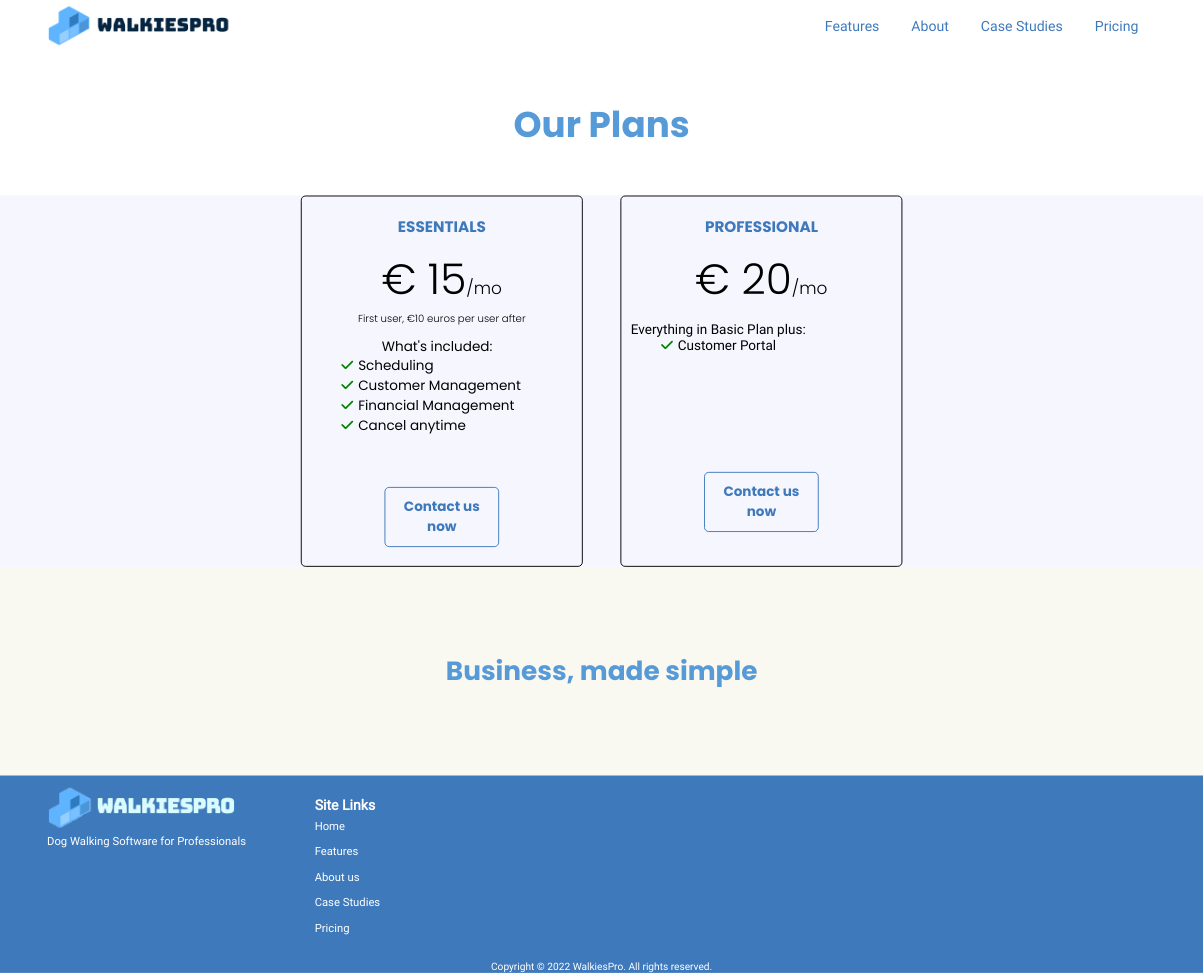
Repository: StevieC87/LAYOUT4
Page: pricing.html
These files come from the project's save history. The page is drawn as it stood at one moment and after the next save; the edit follows.
The browser window is 1280 px wide. The pictures show the whole page, at 94% of full size.

Above is the page before, as saved 2022-01-04 00:15:41.

### pricing.html
<!DOCTYPE html>
<html lang="en">
  <head>
    <meta charset="UTF-8" />
    <meta http-equiv="X-UA-Compatible" content="IE=edge" />
    <meta name="viewport" content="width=device-width, initial-scale=1.0" />
    <title>WalkiesPro Dog Walking Software</title>
    <link rel="stylesheet" href="css/styles.css" />
    <link rel="stylesheet" href="css/aboutus.css" />
    <link rel="stylesheet" href="css/footer.css" />
    <link rel="stylesheet" href="css/navbar.css" />
    <link rel="stylesheet" href="css/fonts.css" />
    <link rel="stylesheet" href="css/utilities.css" />
    <link rel="stylesheet" href="css/mediaqueries.css" />
    <link rel="stylesheet" href="css/pricing.css" />
    <!-- THIS js file - deferred so loads at the end -->
    <script type="text/javascript" src="js/scripts.js" defer></script>
    <link rel="stylesheet" href="https://use.fontawesome.com/releases/v5.15.4/css/all.css" integrity="sha384-DyZ88mC6Up2uqS4h/KRgHuoeGwBcD4Ng9SiP4dIRy0EXTlnuz47vAwmeGwVChigm" crossorigin="anonymous">


    <style></style>
  </head>
  <body>


    <div class="containernew">
      <div class="navwrapper">
        <!------------------ NAVBAR --------------------->
        <nav id="navbar" class="paddingspecial">
          <!--  <div class="paddingspecial"> -->
          <div id="logo" class="logodiv">
            <a href="index.html"><img src="images/logo.png" alt="logo" /></a>
          </div>
          <div id="hamburger-menu" class="hamburger-menu">
            <div class="line line-1"></div>
            <div class="line line-2"></div>
            <div class="line line-3"></div>
          </div>
          <div class="navlist">
            <ul tabindex="-1">
              <li><a class="current" href="features.html">Features</a></li>
              <li><a href="about-us.html">About</a></li>
              <li><a href="case-studies.html">Case Studies</a></li>
              <li><a href="pricing.html">Pricing</a></li>
            </ul>
          </div>
          <!-- </div> -->
        </nav>
      </div>
      <!-----------------HEADER--------------------->
      <section class="headerwrapper">
          <div class="headertitle">
            <h1>Our Plans</h1>
          </div>
      </section>
      <!------------------ PRICING TABLE --------------------->
      <section class="pricingouterwrapper">
          <div class="pricinginnerwrapper">
            <div class="pricingcard">
              <div class="cardtitle">ESSENTIALS</div>
              <div class="price">&#8364; 15<span class="miniprice">/mo</span></div>
              <div class=" centertext poppinslight smallfont ">First user, &#8364;10 euros per user after</div>
              <div class="pricelistdiv poppins">
                <div class="centertext" >What's included:</div>
              <!--   style="display: block" -->
                <ul class="pricelist poppins">
                      <li class="elementY">Scheduling</li>
                      <li class="elementY">Customer Management</li>
                      <li class="elementY">Financial Management</li>
                     <!--  <li class="elementx">Customer Portal</li> -->
                      <li class="elementY">Cancel anytime</li>
                    </ul>

              </div>
              <div class="btnprice">
                <button class="btn btnoutline">Contact us now</button>
              </div>
            </div>

            <!-- SECOND CARD PRO PLAN -->
            <div class="pricingcard" style="border: 1px solid black;">
             <div class="cardtitle">PROFESSIONAL</div>
             <div class="price">&#8364; 20<span class="miniprice">/mo </span>
             </div>
             <div class="pricelistdiv">Everything in Basic Plan plus:
                <ul class="pricelist  ">
                    <li class="elementY">Customer Portal</li>
                </ul>
             </div>
             <div class="btnprice">
              <button class="btn btnoutline ">Contact us now</button>
            </div>
        </div>

      </section>
      <!------------------ CONTACT US SECTION --------------------->
     <section class="contactuswrapper">
       <div class="contactusinnerwrapper">
        <h3 class="centertext">Business, made simple</h3>

       </div>
     </section>
      <!------------------ FOOTER --------------------->
      <footer id="footer">
        <div class="footerwrapper">
          <div class="footergriditem1">
            <img class="bottomlogo" src="images/logoblue.png" alt="logo" />
            <span class="whitetext bottomphrase"
              >Dog Walking Software for Professionals</span
            >
          </div>

          <div class="footergriditem2">
            <div><b class="whitetext footerlinkstitle">Site Links</b></div>
            <ul class="whitetext ulnostyle anostyle" style="font-size: 12px">
              <li><a href="../layout/index.html">Home</a> </li>
              <li><a href="features.html">Features</a> </li>
              <li><a href="about-us.html">About us</a> </li>
              <li><a href="case-studies.html">Case Studies</a></li>
              <li><a href="pricing.html">Pricing</a></li>
            </ul>
          </div>
          <div class="footergriditem3 whitetext smallfont">Copyright © 2022 WalkiesPro. All rights reserved.</div>
        </div>

      </footer>
    </div>
    <!-- end container -->

    <!------------------ SIDE MENU --------------------->
    <div id="menuhidden" class="menuhidden hiddenright">
      <div class="slidemenu">
        <ul tabindex="-1" aria-hidden="true">
          <li><a class="activeSidebarLi" href="index.html">Home</a></li>
          <li><a class="current" href="features.html">Features</a></li>
          <li><a href="about-us.html">About</a></li>
          <li><a href="case-studies.html">Case Studies</a></li>
          <li><a href="pricing.html">Pricing</a></li>
          <!--    <hr /> -->
        </ul>
      </div>
    </div>
  </body>
</html>

### css/styles.css
:root {
  /*  --myblue: #5da3df; */
  --myblue: #3e79bc;
  --myblueh1: #569ad7;
}

html,
body {
  box-sizing: border-box;
  font-size: 18px;
  font-family: Roboto;
  /*  line-height: 1rem; */
  margin: auto;
}
*,
*:before,
*:after {
  box-sizing: inherit;
}

h1,
h2,
h3,
h4,
h5,
h6 {
  font-family: PoppinsBold;
  color: var(--myblueh1);
  /* #5da3df */
  padding: 10px 0 10px 0;
  margin: 0px;
}
h1 {
  font-size: 38px;
  line-height: 2.8rem;
}
h2 {
  font-size: 38px;
}
h3 {
  font-size: 28px;
}
h4 {
  font-size: 26px;
}
h5 {
  font-size: 20px;
}
h6 {
  font-size: 18px;
}

.containernew {
  width: 100%;
}

### css/aboutus.css
/* * * * * * * * * * * * * * * * * * * * * * * * * * * * * * * * * * * * * * * *
ABOUT US
* * * * * * * * * * * * * * * * * * * * * * * * * * * * * * * * * * * * * * * */
.headerwrapper {
  width: 100%;
  display: grid;
  padding: 40px 0 40px 0;
}
.headertitle {
  grid-template-columns: 1fr;
  align-self: center;
  justify-self: center;
}

.headertextunder {
  /* max-width: 80%;  */
  max-width: 800px;
  grid-template-columns: 1fr;
  align-self: center;
  justify-self: center;
  font-size: 1rem;
  padding-top: 30px;
}
.meettheteamwrapper {
  width: 100%;
  display: grid;
  justify-content: center;
  background-color: #f6f7fe;
}
.meettheteamh2 {
  padding-top: 40px;
  text-align: center;
  /*  color: purple; */
  color: var(--myblueh1);
  /* color: #7f55ff; */
  width: 100%;
}
.meettheteamh2 > h2 {
  color: inherit;
}
.meetteamprofiles {
  max-width: 1000px;
  justify-content: center;
  display: grid;
  grid-template-columns: 1fr;
  grid-gap: 40px;
}
.contactuswrapper {
  padding: 80px 0 80px 0;
  background-color: #f9f9f2;
}
.contactusinnerwrapper {
}

.aboutusformgrid {
  max-width: 300px;
  margin: 0 auto;
  padding: 0 20px 0px 20px;
}
.textareadiv {
}
textarea {
  width: 100%;
  max-width: 300px;
  border-radius: 5px;
  border: 1px solid var(--myblue);
}
input,
label {
  display: block;
  width: 100%;
  max-width: 300px;
}
input {
  border-radius: 5px;
  border: 1px solid var(--myblue);
  padding: 10px;
}
label {
  padding-bottom: 5px;
  padding-top: 20px;
  color: var(--myblue);
}
@media (min-width: 336px) {
  .meetteamprofiles {
    grid-template-columns: 1fr 1fr;
  }
  .meettheteamprofile1 {
    justify-self: center;
    align-self: center;
  }
  .meettheteamprofile2 {
  }
}

### css/footer.css
/* * * * * * * * * * * * * * * * * * * * * * * * * * * * * * * * * * * * * * * *
                    FOOTER
* * * * * * * * * * * * * * * * * * * * * * * * * * * * * * * * * * * * * * * */

footer {
  background-color: var(--myblue);
  width: 100%;
  display: flex;
  justify-content: center;
  padding-top: 10px;
}
/* DEFAULT FOR SMALL SCREEN - MOBILE FIRST */
.footerwrapper {
  /* this is the inner div that serves as a grid with equal columns as container */
  width: 1200px;
  display: grid;
  grid-template-columns: 1fr;
  grid-gap: 0.2rem;
}
/* DEFAULT FOR SMALL SCREEN - MOBILE FIRST */
.footergriditem1 {
  grid-row: 1 / 2;
  /* grid-column: 1 / 2; */
  grid-column: 1 / -1;
}
/* DEFAULT FOR SMALL SCREEN - MOBILE FIRST */
.footergriditem2 {
  /* grid-column: 2 / 3; */
  grid-column: 1 / -1;
  grid-row: 3 / 4;
  padding-left: 10px;
  justify-self: start;
  padding-top: 10px;
  padding-bottom: 10px;

  /*  justify-self: self-end; */
  /* padding: 20px 0 0 40px; */
}
.footergriditem2:first-child {
  margin: 10px 0 10px 0;
}
.footergriditem3 {
  grid-row: 4 / 5;
  grid-column: 1 / -1;
  justify-self: center;
  align-self: center;
}
.bottomlogo {
  padding: 0px 0 0px 10px;
}
.bottomphrase {
  padding-left: 10px;
  display: block;
  text-align: left;
  font-size: 12px;
}
.footerlinkstitle {
  font-size: 15px;
}

@media (min-width: 336px) {
}
@media (min-width: 450px) {
  .footerwrapper {
    grid-template-columns: 226px 200px 1fr 0.2fr 0.2fr 0.2fr;
  }
  .footergriditem1 {
    grid-row: 1 / 2;
    grid-column: 1 / 2;
  }
  .footergriditem2 {
    grid-row: 1 / 2;
    grid-column: 2 / 3;
    padding-left: 0px;
    justify-self: center;
    padding-top: 10px;
    padding-bottom: 10px;
  }
}

### css/navbar.css
/* * * * * * * * * * * * * * * * * * * * * * * * * * * * * * * * * * * * * * * *
                          NAVBAR
* * * * * * * * * * * * * * * * * * * * * * * * * * * * * * * * * * * * * * * */
.navwrapper {
  display: flex;
  justify-content: center;
}
nav {
  background-color: white;
  width: 1200px;
  display: flex;
  justify-content: space-between;
}

.logodiv {
  padding-top: 5px;
  padding-left: 10px;
}
#navbar ul {
  list-style: none;
  margin-right: 15px;
  /*   float: right; */
}

#navbar ul li {
  float: left;
}

#navbar ul li a {
  display: block;
  margin: 0 14px 0 20px;
  /* padding: 0 20px 0 10px; */
  text-align: center;
  text-decoration: none;
  color: var(--myblue);
  /*  color: black; */

  font-size: 15px;
  /*  border-bottom: 1px solid transparent; */

  line-height: 21px;
}
#navbar ul li a:hover {
  /*  text-decoration: underline; */
  /*  border-bottom: 1px solid var(--myblue); */
  color: #9370db;
}

/* * * * * * * * * * * * * * * * * * * * * * * * * * * * * * * * * * * * * * * *
HAMBURGER MENU
* * * * * * * * * * * * * * * * * * * * * * * * * * * * * * * * * * * * * * * */

.hamburger-menu {
  width: 30px;
  height: 30px;
  padding-top: 7px;
  position: absolute;
  top: 7px;
  right: 10px;
  display: flex;
  flex-direction: column;
  justify-content: space-between;
  cursor: pointer;
  z-index: 100;
}

.line {
  width: inherit;
  height: 3px;
  background-color: var(--myblue);
  border-radius: 2px;
  transition-property: transform;
  transition-duration: 500ms;

  /*   transform-origin: right;
  transition: transform 0.5s; */
}

.line.openline:nth-child(1) {
  transform: translate(0px, 10px) rotate(45deg);
  /*  transform-origin: top; */
}
.line.openline:nth-child(2) {
  opacity: 0;
}
.line.openline:nth-child(3) {
  transform: translate(0px, -10px) rotate(-45deg);

  /*   transform-origin: top; */
}

.menuhidden {
  height: 100vh;
  width: 200px;
  background-color: white;
  position: fixed;
  top: 0;
  right: -200px;
  transition: ease 0.2s;
}

.visibleright {
  right: 0px;
  /*   transition: ease 4s; */
}
/* --------- SLIDEMENU ---------- */
.slidemenu ul {
  list-style: none;
  padding-top: 45px;
  padding-left: 0px;
  width: 100%;
  /*   float: right; */
}
.slidemenu ul li {
}
.slidemenu ul li a {
  display: block;
  padding: 10px 5px 10px 5px;
  margin: 0px 5px 0px 5px;
  text-align: center;
  text-decoration: none;
  line-height: 1.5rem;
  color: var(--myblue);
}
.slidemenu ul li a:hover {
  background-color: #fbfbfa;
  border-radius: 15px;
  /* opacity: 0.5; */
}
.activeSidebarLi {
  background-color: #fbfbfa;
  border-radius: 15px;
}
/* END SLIDEMENU */

### css/fonts.css
/* * * * * * * * * * * * * * * * * * * * * * * * * * * * * * * * * * * * * * * *
        FONT FAMILIESS
* * * * * * * * * * * * * * * * * * * * * * * * * * * * * * * * * * * * * * * */
@font-face {
  font-family: 'Bungee';
  src: url('../fonts/Bungee-Regular.ttf');
  src: local('☺'), url('../fonts/Bungee-Regular.ttf') format('truetype');
  font-display: block;
}
@font-face {
  font-family: 'Roboto';
  src: url('../fonts/Roboto-Regular.ttf');
  src: local('☺'), url('../fonts/Roboto-Regular.ttf') format('truetype');
  font-display: block;
}
@font-face {
  font-family: 'Roboto-Bold';
  src: url('../fonts/Roboto-Bold.ttf');
  src: local('☺'), url('../fonts/Roboto-Bold.ttf') format('truetype');
  font-display: block;
}
@font-face {
  font-family: 'Ubuntu';
  src: url('../fonts/Ubuntu-Regular.ttf');
  src: local('☺'), url('../fonts/Ubuntu-Regular.ttf') format('truetype');
  font-display: block;
}
@font-face {
  font-family: 'UbuntuBold';
  src: url('../fonts/Ubuntu-Bold.ttf');
  src: local('☺'), url('../fonts/Ubuntu-Bold.ttf') format('truetype');
  font-display: block;
}
@font-face {
  font-family: 'Poppins';
  src: url('../fonts/Poppins-Regular.ttf');
  src: local('☺'), url('../fonts/Poppins-Regular.ttf') format('truetype');
  font-display: block;
}
@font-face {
  font-family: 'PoppinsBold';
  src: url('../fonts/Poppins-Bold.ttf');
  src: local('☺'), url('../fonts/Poppins-Bold.ttf') format('truetype');
  font-display: block;
}
@font-face {
  font-family: 'PoppinsLight';
  src: url('../fonts/Poppins-Light.ttf');
  src: local('☺'), url('../fonts/Poppins-Light.ttf') format('truetype');
  font-display: block;
}
@font-face {
  font-family: 'FontAwesome';
  src: url('../fonts/fa-solid-900.ttf');
  src: local('☺'), url('../fonts/fa-solid-900.ttf') format('truetype');
  font-display: block;
}
.bungee {
  font-family: Bungee;
}
.ubuntu {
  font-family: Ubuntu;
}
.ubuntuBold {
  font-family: UbuntuBold;
}
.poppins {
  font-family: Poppins;
}
.poppinslight {
  font-family: PoppinsLight;
}
.poppinsbold {
  font-family: PoppinsBold;
}

### css/utilities.css
.btn {
  cursor: pointer;
  transition-property: background-color, color, border;
  transition-duration: 200ms;
  transition-timing-function: ease-in;
}

.btnoutline {
  background-color: transparent;
  border: 1px solid var(--myblue);
  border-radius: 5px;
  color: var(--myblue);
  padding: 10px;
  font-size: 0.8rem;
  /*  font-weight: bold */
  font-family: PoppinsBold;
}
.allfeaturesbtn {
  padding: 15px 20px 15px 20px;
  border-radius: 10px;
  border: 1px solid var(--myblue);
  /*   background-color: var(--myblue); */
  background-color: WHITE;
  /* color: white; */
  color: var(--myblue);
  font-weight: bold;
  font-size: 1.2rem;
}
.allfeaturesbtn:hover {
  background-color: var(--myblue);
  color: white;
}
.submit {
  margin-top: 20px;
  padding: 8px 6px 8px 6px;
  border-radius: 6px;
  width: 100px;
  background-color: var(--myblue);
  border: 1px solid var(--myblue);
  color: #f9f9f2;
  font-size: 1.2rem;
  /*  font-weight: bold; */
}

/* * * * * * * * * * * * * * * * * * * * * * * * * * * * * * * * * * * * * * * *
UTILITY CLASSES
* * * * * * * * * * * * * * * * * * * * * * * * * * * * * * * * * * * * * * * */

.centertext {
  text-align: center;
}
.centerimg {
  display: block;
  margin-left: auto;
  margin-right: auto;
  /*   width: 50%; */
}
.centerhorizvert {
  align-self: center;
  justify-self: center;
}
/* visible/invis from screen readers & visually */
.invisible {
  visibility: hidden;
}
.visible {
  visibility: visible;
}
.whitetext {
  color: white;
}
.smallfont {
  font-size: 0.6rem;
}
.mediumfont {
  font-size: 0.8rem;
}
.ulnostyle {
  list-style: none;
  line-height: 1.5rem;
  padding: 0;
  margin: 0;
}
.anostyle > li a {
  text-decoration: none;
  color: white;
}

### css/mediaqueries.css
/* to switch to hamburger menu */
@media (min-width: 677px) {
  .hamburger-menu {
    visibility: hidden;
  }
  .section2divrow {
    grid-template-columns: 1fr 1fr;
  }
  .section1innerwrapper {
    grid-template-columns: 2fr 1fr;
  }
}
@media (max-width: 676px) {
  /* HIDE NAV LI WHEN SMALL SCREEN */
  nav {
    width: 1200px;
  }

  .navlist {
    visibility: hidden;
    display: none;
  }
  .hamburger-menu {
    visibility: visible;
  }

  /* ADVANCED SCHEDULING DIV - flip order: image last */
  .section2imgleft1 {
    grid-row: 2;
  }
  .section2textright1 {
    grid-row: 1;
  }
  /* FINANCIAL MANAGEMENT DIV - flip order: image last */
  .section2imgleft3 {
    grid-row: 2;
  }
  .section2textleft3 {
    grid-row: 1;
  }
}

### css/pricing.css
.pricingcard {
  border: 1px solid black;
  border-radius: 5px;
  min-height: 300px;
  min-width: 300px;
  font-size: 0.8rem;
  /*  background-color: #fbfbfa; */
}
.cardtitle {
  text-align: center;
  color: var(--myblue);
  padding: 20px 0 10px 0;
  font-size: 0.9rem;
  font-family: PoppinsBold;
  font-weight: bold;
}

.price {
  text-align: center;
  font-size: 2.5rem;
  font-family: PoppinsLight;
}
.miniprice {
  font-size: 1rem;
}
.pricelistdiv {
  padding: 10px 20px 0px 10px;
  height: 170px;
}
.pricingcard1 {
}
.pricingcard2 {
}

.pricelist {
  list-style-type: none;
  padding-top: 0px;
  margin-block-start: 0em;
}
.pricelist li {
  padding-left: 10px;
}
li:before {
}

.elementx::before {
  color: orangered;
  content: '\f00d'; /* FontAwesome Unicode */
  font-family: FontAwesome;
  display: inline-block;
  margin-left: -1.3em; /* same as padding-left set on li */
  width: 1.3em; /* same as padding-left set on li */
}
.elementY::before {
  color: green;
  content: '\f00c'; /* FontAwesome Unicode */
  font-family: FontAwesome;
  display: inline-block;
  margin-left: -1.3em; /* same as padding-left set on li */
  width: 1.3em; /* same as padding-left set on li */
}
.btnprice {
  width: 122px;
  margin: 0 auto;
  padding-bottom: 20px;
}

.pricingouterwrapper {
  width: 100%;
  display: grid;
  justify-content: center;
  background-color: #f6f7fe;
}
.pricinginnerwrapper {
  max-width: 1000px;
  justify-content: center;
  display: grid;
  grid-template-columns: 1fr;
  grid-gap: 40px;
}
@media (min-width: 676px) {
  .pricinginnerwrapper {
    grid-template-columns: 1fr 1fr;
  }
}

### js/scripts.js
const hamburgerbutton = document.querySelector('#hamburger-menu');
hamburgerbutton.addEventListener('click', function () {
  //  vis();
  slide();
  transformlines();
});

function slide() {
  const slideme = document.querySelector('#menuhidden');
  const slidemeclasses = slideme.classList;
  //  slideme.classList.replace('hiddenright', 'visibleright');
  const slidemeclassestoggle = slidemeclasses.toggle('visibleright');
}

function transformlines() {
  //for each line add a class ideally
  document.querySelectorAll('.line').forEach((item) =>
    //item.style.backgroundColor = "pink"
    item.classList.toggle('openline')
  );
}

After the next save:
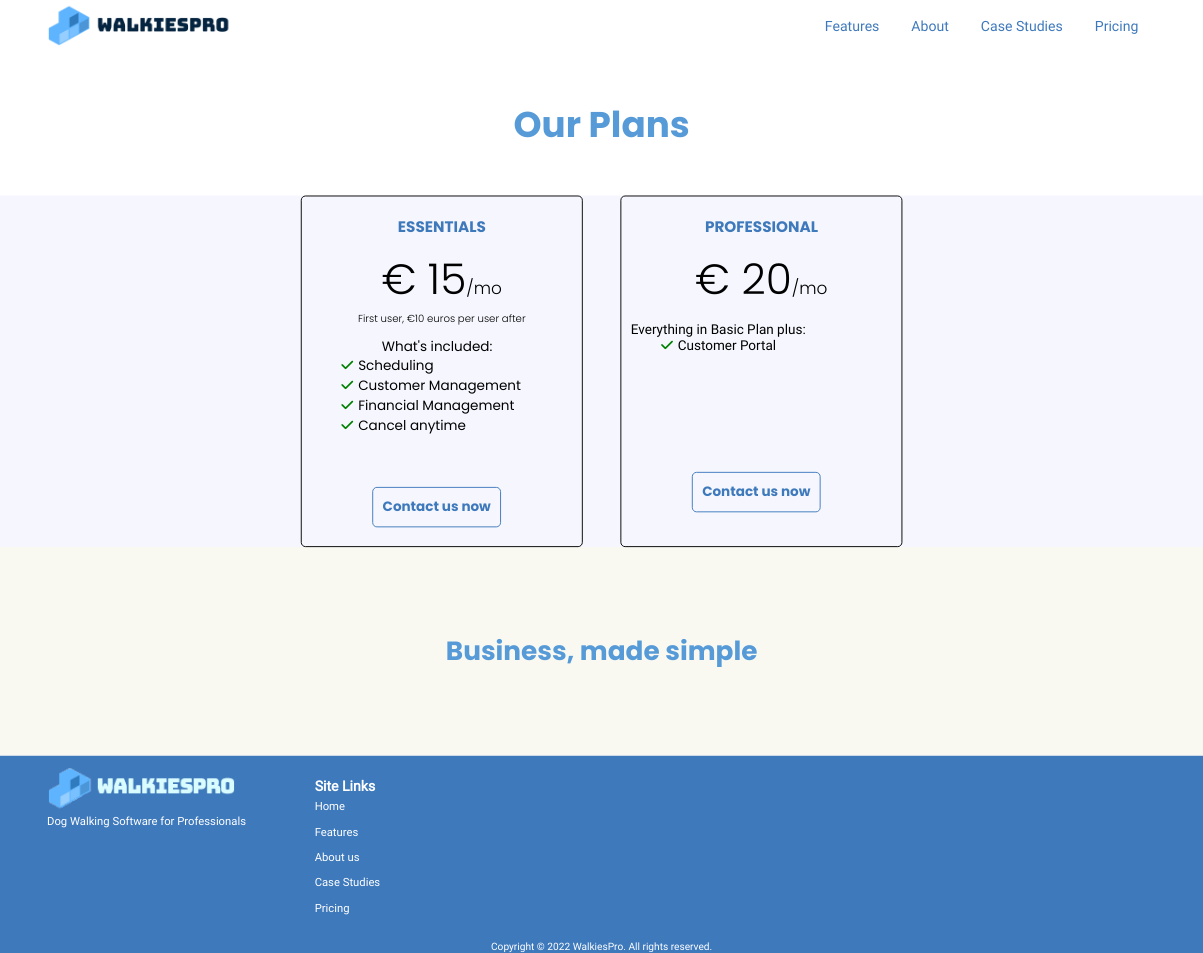
Saved 38 s later.
--- a/css/pricing.css
+++ b/css/pricing.css
@@ -60,7 +60,7 @@ li:before {
   width: 1.3em; /* same as padding-left set on li */
 }
 .btnprice {
-  width: 122px;
+  width: 148px;
   margin: 0 auto;
   padding-bottom: 20px;
 }
